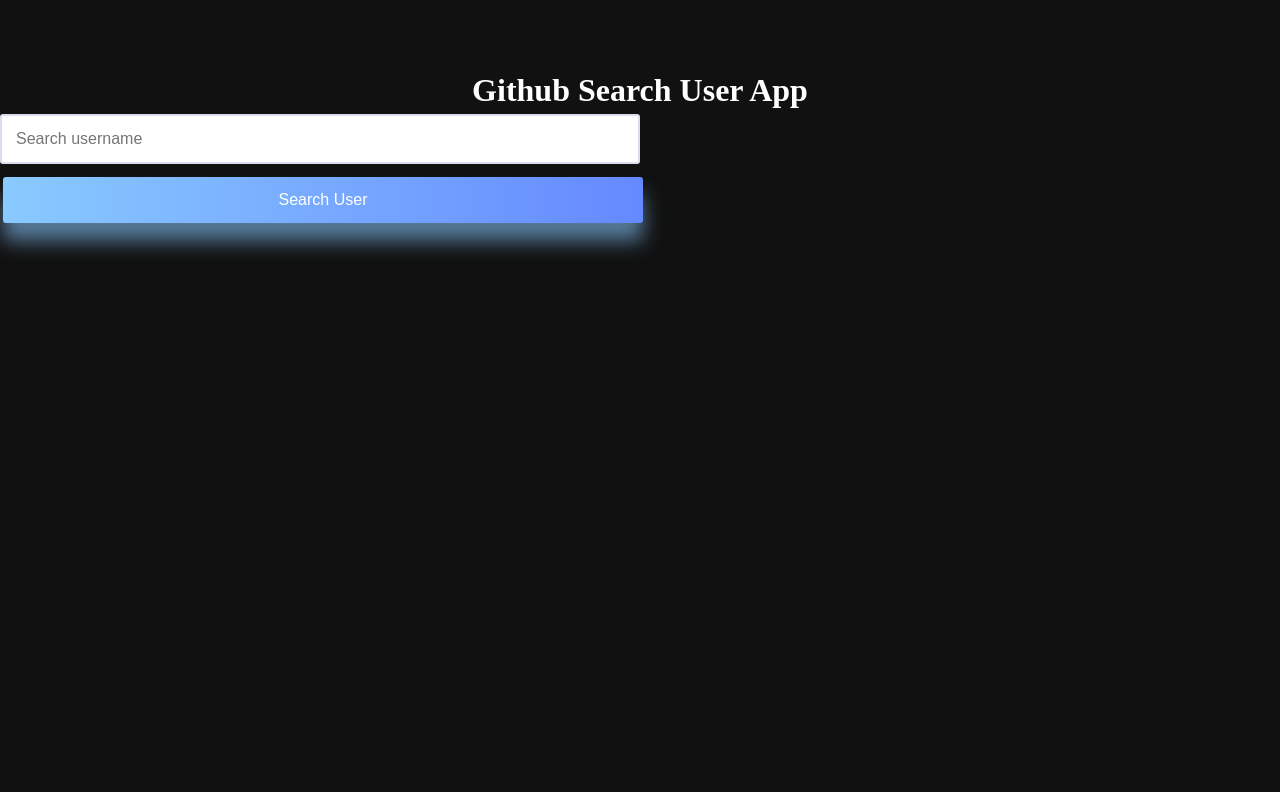
Repository: solox-cyber/Github-search-user
Page: index.html
These files come from the project's save history. The page is drawn as it stood at one moment and after the next save; the edit follows.
The browser window is 1280 px wide. The pictures show the whole page.

Above is the page before, as saved 2023-03-25 18:29:29.

### index.html
<!DOCTYPE html>
<html lang="en">

<head>
    <meta charset="UTF-8">
    <meta http-equiv="X-UA-Compatible" content="IE=edge">
    <meta name="viewport" content="width=device-width, initial-scale=1.0">
    <title>Github Search User Using Github API</title>
    <link rel="stylesheet" href="style.css">
</head>

<body>
    <div class="container">
        <h1>
            Github Search User App
        </h1>
        <form id="myForm" autocomplete="off">
            <div class="form-group">
                <input type="text" name="" class="form-control" placeholder="Search username" id="search" required>
            </div>
            <div class="form-group">
                <button class="btn btn-danger btn-block">
                    Search User
                </button>
            </div>
        </form>

    <div id="result"></div>
    </div>


        <script src="script.js"></script>
</body>

</html>

### style.css
*{
    margin: 0;
    padding: 0;
    box-sizing: border-box;
}

body{
    background-color: #111;
    color: #fff;
}
.container{
    position: absolute;
    display: block;
    height: 100vh;
    width: 100%;
    top:10%;
}

.container h1{
    position: relative;
    text-align: center;
}

.container form{
    position: relative;
    width: 50%;
    justify-content: center;
    align-content: center;
    align-items: center;
}

input,
    button {
      width: 100%;
      border: none;
      padding: 14px;
      border-radius: 3px;
      margin: 3px;
    }

    input {
        border: 2px solid #DADDEC;
        margin: 5px 0 10px;
        font-size: 1rem;
        color: #656880;
      }

      button {
        background-image: linear-gradient(to right, #89CAFF, #6589FF);
        display: block;
        color: #fff;
        font-size: 1rem;
        cursor: pointer;
        box-shadow: 0 18px 20px #89caff94;
        transition: box-shadow .3s ease-in-out;
      }

      button:hover {
        box-shadow: none;
      }

### script.js
var form = document.getElementById("myForm");

form.addEventListener('submit', function(e){
e.preventDefault();

var search = document.getElementById("search").value;

var originalName = search.split(' ').join(' ');

document.getElementById("result").innerHTML = "";
fetch("https://api.github.com/users/"+originalName)
.then(result=>result.json())
.then(data => {
    console.log(data);
    document.getElementById('result').innerHTML =`
   <a target="_blank" href="https://www.github.com/${originalName}"> <img src="${data.avatar_url}"/></a>
    `
})



})

After the next save:
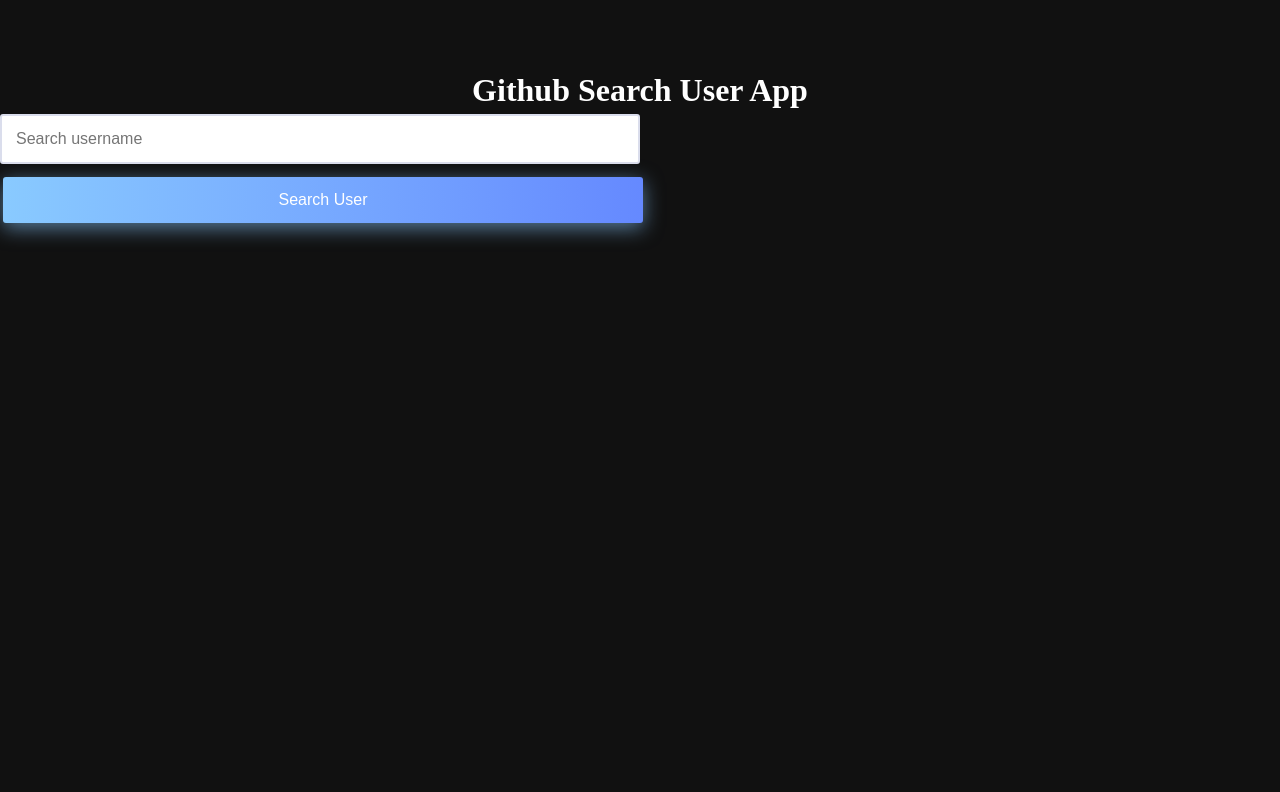
Saved 5 s later.
--- a/style.css
+++ b/style.css
@@ -51,7 +51,7 @@
         color: #fff;
         font-size: 1rem;
         cursor: pointer;
-        box-shadow: 0 18px 20px #89caff94;
+        box-shadow: 0 5px 20px #89caff94;
         transition: box-shadow .3s ease-in-out;
       }
 
